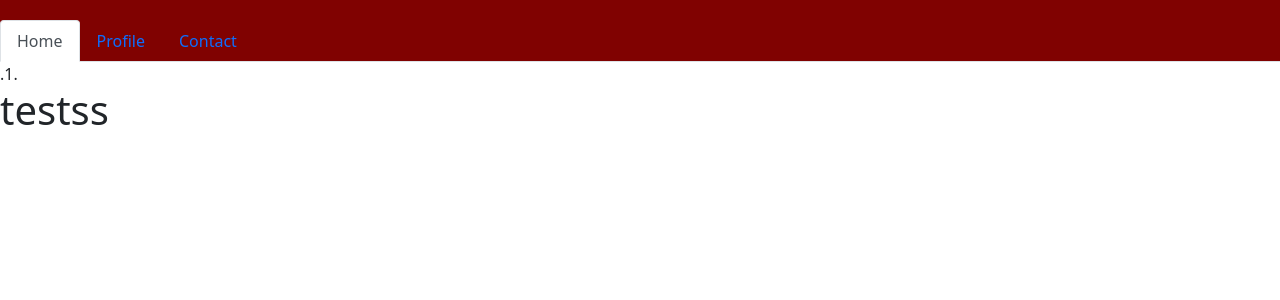
Repository: WaiMaungMaung/Mgr-site
Page: http://localhost/
The author's editor kept a copy of each file at every save. The page is drawn from the files as they stood at one save, then again after the next save.
The browser window is 1280 px wide. The pictures show the whole page.
The page is served by the project's Laravel application, run on PHP 8.4 with Laravel 9.

Above is the page before, as saved 2022-04-06 09:25:20.

After the next save:
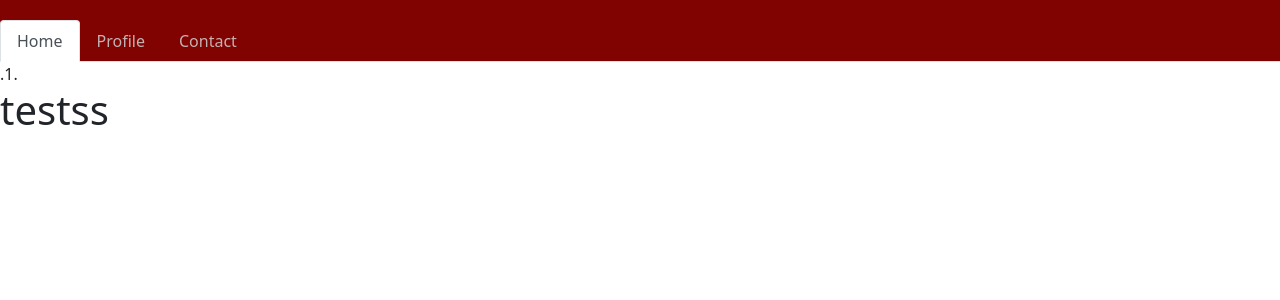
Saved 33 s later.
--- a/resources/views/welcome.blade.php
+++ b/resources/views/welcome.blade.php
@@ -6,12 +6,12 @@
                 type="button" role="tab" aria-controls="home" aria-selected="true">Home</button>
         </li>
         <li class="nav-item" role="presentation">
-            <button class="nav-link" id="profile-tab" data-bs-toggle="tab" data-bs-target="#profile" type="button"
-                role="tab" aria-controls="profile" aria-selected="false">Profile</button>
+            <button class="nav-link sub-nav" id="profile-tab" data-bs-toggle="tab" data-bs-target="#profile"
+                type="button" role="tab" aria-controls="profile" aria-selected="false">Profile</button>
         </li>
         <li class="nav-item" role="presentation">
-            <button class="nav-link" id="contact-tab" data-bs-toggle="tab" data-bs-target="#contact" type="button"
-                role="tab" aria-controls="contact" aria-selected="false">Contact</button>
+            <button class="nav-link sub-nav" id="contact-tab" data-bs-toggle="tab" data-bs-target="#contact"
+                type="button" role="tab" aria-controls="contact" aria-selected="false">Contact</button>
         </li>
     </ul>
     <div class="tab-content" id="myTabContent">
